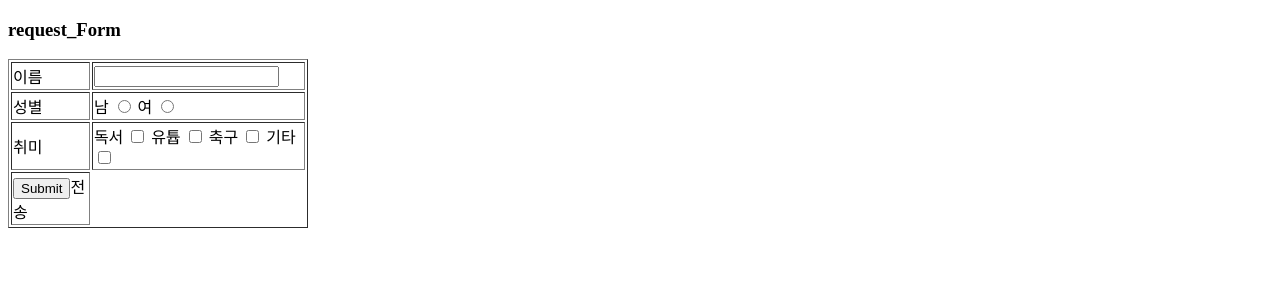
Repository: SouthSea0613/401_Unauthorized_java
Page: http://localhost/request/requestFrm.jsp
The author's editor kept a copy of each file at every save. The page is drawn from the files as they stood at one save, then again after the next save.
The browser window is 1280 px wide. The pictures show the whole page.
The page is served by Tomcat 9.

Above is the page before, as saved 2024-12-02 03:05:25.

### request/src/main/webapp/requestFrm.jsp
<%@ page language="java" contentType="text/html; charset=UTF-8"
    pageEncoding="UTF-8"%>
<!DOCTYPE html>
<html>
<head>
<meta charset="UTF-8">
<title>Insert title here</title>
</head>
<body>
<h3>request_Form</h3>
<form action="server.jsp">
	<table border="1" width="300">
		<tr>
		<td>이름</td>
			<td><input type="text" name="name"></td>
		</tr>
		<td>성별</td>
			<td>남 <input type="radio" name="gender" value="male">
				여 <input type="radio" name="gender" value="female"></td>
		</tr>
		<td>취미</td>
			<td>독서 <input type="checkbox" name="hoddy" value="book">
				유튭 <input type="checkbox" name="hoddy" value="youtube">
				축구 <input type="checkbox" name="hoddy" value="soccer">
				기타 <input type="checkbox" name="hoddy" value="gita">
			</td>
		</tr>
		<tr>
			<td clospan="2"><input type="submit">전송</td>
		</tr>
	</table>
</form>

</body>
</html>

After the next save:
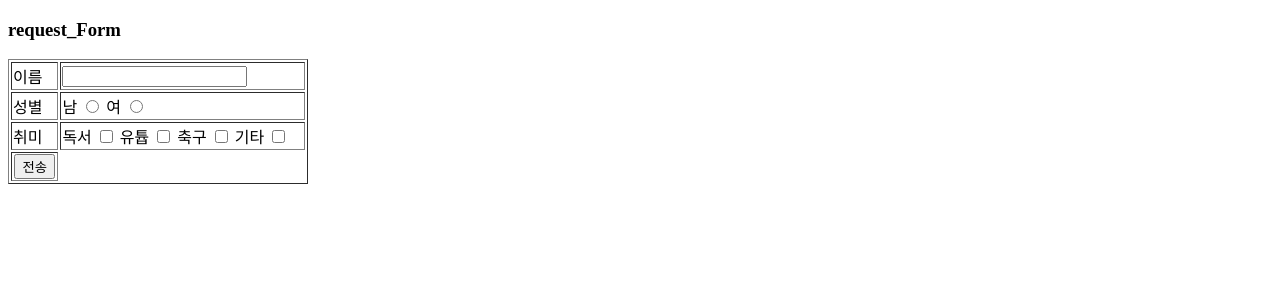
Saved 2 min 3 s later.
--- a/request/src/main/webapp/requestFrm.jsp
+++ b/request/src/main/webapp/requestFrm.jsp
@@ -25,8 +25,8 @@
 				기타 <input type="checkbox" name="hoddy" value="gita">
 			</td>
 		</tr>
-		<tr>
-			<td clospan="2"><input type="submit">전송</td>
+		<tr align="center">
+			<td clospan="2"><input type="submit" value="전송"></td>
 		</tr>
 	</table>
 </form>
